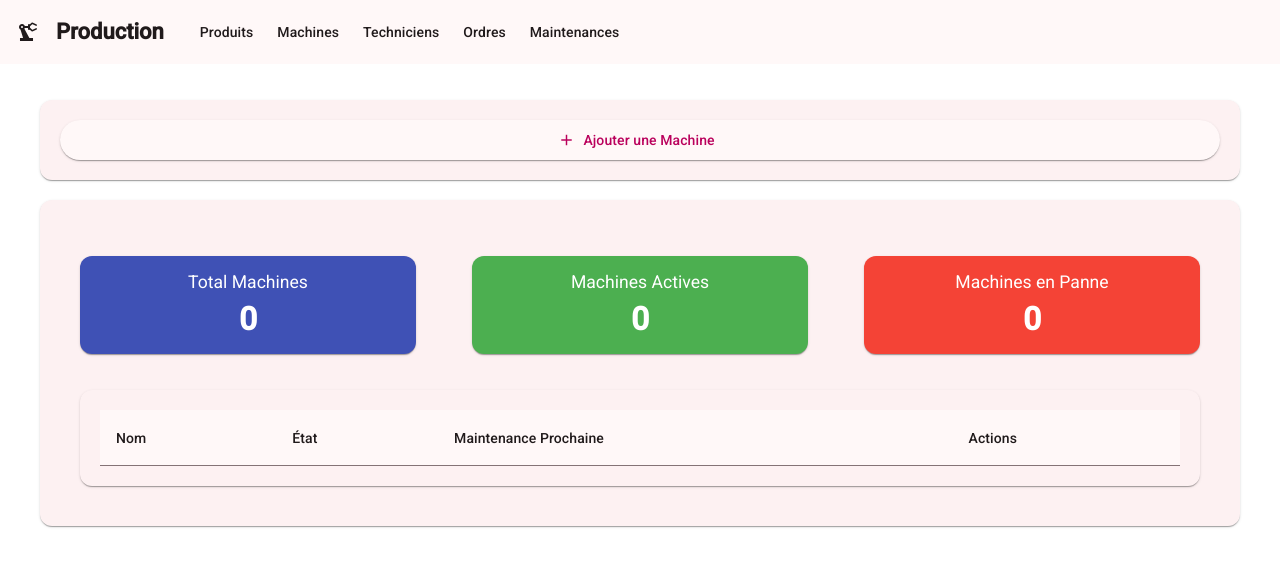
Repository: hadilXattia/Gestion_Production
Page: /machines (app in frontend-production/)
An editor plug-in stored every save of this project. The page is shown before and after the next save, followed by the edit.
The browser window is 1280 px wide. The pictures show the whole page.
The page's requests for data from a server got no answer. The project was rebuilt for these pictures with package versions that can differ from the ones it lists, and the page was loaded fresh each time. No one was signed in, and anything a server would have sent is missing. Also part of the build but not shown: frontend-production/angular.json, frontend-production/src/app/components/produit/produit.component.ts, frontend-production/src/app/services/produit.service.ts, frontend-production/src/app/components/produit/ajouter-produit-dialog.component.ts, frontend-production/src/app/components/produit/produit-detail-dialog.component.ts, frontend-production/src/app/components/machine/ajouter-machine-dialog.component.ts, frontend-production/src/app/components/machine/machine-detail-dialog.component.ts, frontend-production/src/app/components/technicien/technicien.component.ts and 11 more.

Above is the page before, as saved 2025-05-11 18:46:46.

### frontend-production/src/index.html
<!doctype html>
<html lang="en">
<head>
  <meta charset="utf-8">
  <title>FrontendProduction</title>
  <base href="/">
  <meta name="viewport" content="width=device-width, initial-scale=1">
  <link rel="icon" type="image/x-icon" href="favicon.ico">
  <link href="https://fonts.googleapis.com/css2?family=Roboto:wght@300;400;500&display=swap" rel="stylesheet">
  <link href="https://fonts.googleapis.com/icon?family=Material+Icons" rel="stylesheet">
</head>
<body class="mat-typography">
  <app-root></app-root>
</body>
</html>

### frontend-production/src/main.ts
import { bootstrapApplication } from '@angular/platform-browser';
import { AppComponent } from './app/app.component';
import { provideHttpClient } from '@angular/common/http';
import { importProvidersFrom } from '@angular/core';
import { FormsModule } from '@angular/forms';
import { provideRouter } from '@angular/router';
import { routes } from './app/app.routes';

bootstrapApplication(AppComponent, {
  providers: [
    provideHttpClient(),
    importProvidersFrom(FormsModule),
    provideRouter(routes)
  ]
});

### frontend-production/src/app/app.component.ts
import { Component } from '@angular/core';
import { RouterOutlet } from '@angular/router';
import { NavbarComponent } from './components/navbar/navbar.component';

@Component({
  selector: 'app-root',
  standalone: true,
  imports: [NavbarComponent, RouterOutlet],
  template: `
    <app-navbar></app-navbar>
    <div style="padding: 20px">
      <router-outlet></router-outlet>
    </div>
  `
})
export class AppComponent {}

### frontend-production/src/app/app.routes.ts
import { Routes } from '@angular/router';
import { ProduitComponent } from './components/produit/produit.component';
import { MachineComponent } from './components/machine/machine.component';
import { TechnicienComponent } from './components/technicien/technicien.component';
import { OrdreFabricationComponent } from './components/ordre-fabrication/ordre-fabrication.component';
import { MaintenanceComponent } from './components/maintenance/maintenance.component';

export const routes: Routes = [
  { path: 'produits', component: ProduitComponent },
  { path: 'machines', component: MachineComponent },
  { path: 'techniciens', component: TechnicienComponent },
  { path: 'ordres', component: OrdreFabricationComponent },
  { path: 'maintenances', component: MaintenanceComponent },
  { path: '', redirectTo: 'produits', pathMatch: 'full' },
  { path: '**', redirectTo: 'produits' }
];

### frontend-production/src/app/components/navbar/navbar.component.ts
import { Component } from '@angular/core';
import { RouterModule } from '@angular/router';
import { CommonModule } from '@angular/common';
import { MatToolbarModule } from '@angular/material/toolbar';
import { MatButtonModule } from '@angular/material/button';
import { MatIconModule } from '@angular/material/icon';

@Component({
  selector: 'app-navbar',
  standalone: true,
  imports: [CommonModule, RouterModule, MatToolbarModule, MatButtonModule, MatIconModule],
  template: `
    <mat-toolbar color="primary">
      <mat-icon style="margin-right: 16px;">precision_manufacturing</mat-icon>
      <span style="margin-right: 24px; font-weight: bold;">Production</span>

      <button mat-button routerLink="/produits">Produits</button>
      <button mat-button routerLink="/machines">Machines</button>
      <button mat-button routerLink="/techniciens">Techniciens</button>
      <button mat-button routerLink="/ordres">Ordres</button>
      <button mat-button routerLink="/maintenances">Maintenances</button>
    </mat-toolbar>
  `
})
export class NavbarComponent {}

### frontend-production/src/app/components/machine/machine.component.ts
import { Component, OnInit } from '@angular/core';
import { MachineService } from '../../services/machine.service';
import { MatDialog } from '@angular/material/dialog';
import { AjouterMachineDialogComponent } from './ajouter-machine-dialog.component';

import { CommonModule } from '@angular/common';
import { FormsModule } from '@angular/forms';
import { MatTableModule } from '@angular/material/table';
import { MatButtonModule } from '@angular/material/button';
import { MatFormFieldModule } from '@angular/material/form-field';
import { MatInputModule } from '@angular/material/input';
import { MatCardModule } from '@angular/material/card';
import { MatIconModule } from '@angular/material/icon';
import { MatDialogModule } from '@angular/material/dialog';
import { NgFor } from '@angular/common';
import { MachineDetailDialogComponent } from './machine-detail-dialog.component';

@Component({
  selector: 'app-machine',
  standalone: true,
  imports: [
    CommonModule,
    FormsModule,
    NgFor,
    MatTableModule,
    MatButtonModule,
    MatFormFieldModule,
    MatInputModule,
    MatCardModule,
    MatIconModule,
    MatDialogModule,

  ],
  templateUrl: './machine.component.html',
  styleUrl: './machine.component.css'
})
export class MachineComponent implements OnInit {
  machines: any[] = [];

  constructor(
    private machineService: MachineService,
    private dialog: MatDialog
  ) {}

  ngOnInit() {
    this.loadMachines();
  }

  loadMachines() {
    this.machineService.getMachines().subscribe(data => {
      this.machines = data;
    });
  }

  get totalMachines(): number {
    return this.machines.length;
  }

  get machinesEnPanne(): number {
    return this.machines.filter(m => m.etat.toLowerCase() === 'en panne').length;
  }

  get machinesActives(): number {
    return this.machines.filter(m => m.etat.toLowerCase() === 'active').length;
  }

  openAjouterMachineDialog() {
    const dialogRef = this.dialog.open(AjouterMachineDialogComponent, {
      width: '400px'
    });

    dialogRef.afterClosed().subscribe(result => {
      if (result) {
        this.machineService.createMachine(result).subscribe(() => {
          this.loadMachines();
        });
      }
    });
  }

  openMachineDetailDialog(machine: any) {
    this.dialog.open(MachineDetailDialogComponent, {
      width: '400px',
      data: machine
    });
  }

  deleteMachine(id: number) {
    this.machineService.deleteMachine(id).subscribe(() => {
      this.loadMachines();
    });
  }
}

### frontend-production/src/app/components/machine/machine.component.html
<!-- Add Machine Button -->
<mat-card class="mt-4">
  <button mat-raised-button color="primary" (click)="openAjouterMachineDialog()">
    <mat-icon>add</mat-icon> Ajouter une Machine
  </button>
</mat-card>
<mat-card class="mt-4">
<div class="stat-container mt-4">
  <mat-card class="stat-card total">
    <div class="stat-title">Total Machines</div>
    <div class="stat-value">{{ totalMachines }}</div>
  </mat-card>

  <mat-card class="stat-card active">
    <div class="stat-title">Machines Actives</div>
    <div class="stat-value">{{ machinesActives }}</div>
  </mat-card>

  <mat-card class="stat-card panne">
    <div class="stat-title">Machines en Panne</div>
    <div class="stat-value">{{ machinesEnPanne }}</div>
  </mat-card>
</div>

<!-- OPTIONAL: Chart (pie) -->

<!-- Machine Table -->
<mat-card class="mt-4">
  <table mat-table [dataSource]="machines" class="mat-elevation-z8" style="width: 100%;">

    <!-- Nom Column -->
    <ng-container matColumnDef="nom">
      <th mat-header-cell *matHeaderCellDef> Nom </th>
      <td mat-cell *matCellDef="let machine"> {{ machine.nom }} </td>
    </ng-container>

    <!-- État Column -->
    <ng-container matColumnDef="etat">
      <th mat-header-cell *matHeaderCellDef> État </th>
      <td mat-cell *matCellDef="let machine"> {{ machine.etat }} </td>
    </ng-container>

<!-- Maintenance Column -->
<ng-container matColumnDef="maintenanceProchaine">
  <th mat-header-cell *matHeaderCellDef> Maintenance Prochaine </th>
<td mat-cell *matCellDef="let machine">
  {{ machine.maintenanceProchaine ? (machine.maintenanceProchaine | date:'yyyy-MM-dd') : 'Non planifiée' }}
</td></ng-container>

    <!-- Actions Column -->
    <ng-container matColumnDef="actions">
      <th mat-header-cell *matHeaderCellDef> Actions </th>
      <td mat-cell *matCellDef="let machine">
        <button mat-icon-button color="accent" (click)="openMachineDetailDialog(machine)">
          <mat-icon>info</mat-icon>
        </button>
        <button mat-icon-button color="warn" (click)="deleteMachine(machine.id)">
          <mat-icon>delete</mat-icon>
        </button>
      </td>
    </ng-container>

    <tr mat-header-row *matHeaderRowDef="['nom', 'etat', 'maintenanceProchaine', 'actions']"></tr>
    <tr mat-row *matRowDef="let row; columns: ['nom', 'etat', 'maintenanceProchaine', 'actions'];"></tr>

  </table>
</mat-card>

### frontend-production/src/app/components/machine/machine.component.css
.full-width {
  width: 100%;
}

.form-container {
  display: flex;
  flex-direction: column;
  gap: 15px;
}

mat-card {
  margin: 20px;
  padding: 20px;
}
.mt-4 {
  margin-top: 1rem;
}
.stat-container {
  display: flex;
  gap: 1rem;
  justify-content: space-between;
  flex-wrap: wrap;
}

.stat-card {
  flex: 1;
  min-width: 200px;
  text-align: center;
  padding: 1rem;
  border-radius: 12px;
  color: white;
}

.stat-card.total {
  background-color: #3f51b5;
}
.stat-card.active {
  background-color: #4caf50;
}
.stat-card.panne {
  background-color: #f44336;
}

.stat-title {
  font-size: 1.1rem;
  margin-bottom: 0.5rem;
}

.stat-value {
  font-size: 2rem;
  font-weight: bold;
}

### frontend-production/src/app/services/machine.service.ts
import { Injectable } from '@angular/core';
import { HttpClient } from '@angular/common/http';
import { Observable } from 'rxjs';

export interface Machine {
  id?: number;
  nom: string;
  etat: string;
  maintenanceProchaine: string; // ISO date string
}

@Injectable({
  providedIn: 'root'
})
export class MachineService {
  private apiUrl = 'http://localhost:8080/api/machines';

  constructor(private http: HttpClient) {}

  getMachines(): Observable<Machine[]> {
    return this.http.get<Machine[]>(this.apiUrl);
  }

  createMachine(machine: Machine): Observable<Machine> {
    return this.http.post<Machine>(this.apiUrl, machine);
  }

  updateMachine(id: number, machine: Machine): Observable<Machine> {
    return this.http.put<Machine>(`${this.apiUrl}/${id}`, machine);
  }

  deleteMachine(id: number): Observable<void> {
    return this.http.delete<void>(`${this.apiUrl}/${id}`);
  }
}

Loaded but not shown: frontend-production/src/styles.css (common file)

After the next save:
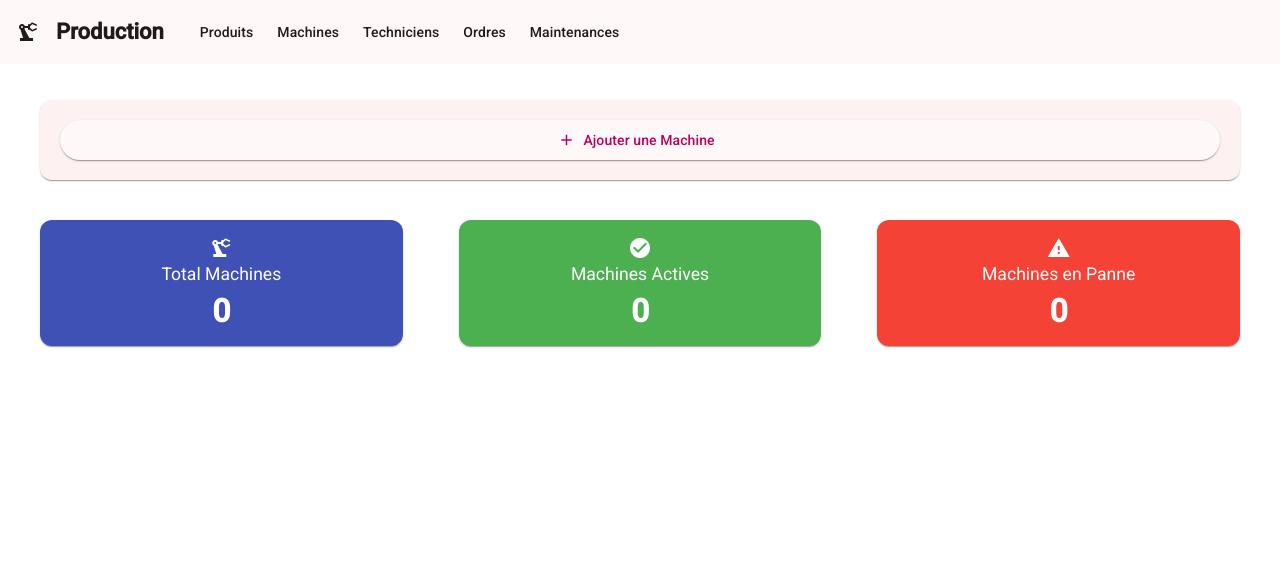
Saved 6 min 32 s later.
--- a/frontend-production/src/app/components/machine/machine.component.html
+++ b/frontend-production/src/app/components/machine/machine.component.html
@@ -4,64 +4,24 @@
     <mat-icon>add</mat-icon> Ajouter une Machine
   </button>
 </mat-card>
-<mat-card class="mt-4">
+
+<!-- Stat Cards -->
 <div class="stat-container mt-4">
-  <mat-card class="stat-card total">
+  <mat-card class="stat-card total mat-elevation-z4">
+    <div class="stat-icon"><mat-icon>precision_manufacturing</mat-icon></div>
     <div class="stat-title">Total Machines</div>
     <div class="stat-value">{{ totalMachines }}</div>
   </mat-card>
 
-  <mat-card class="stat-card active">
+  <mat-card class="stat-card active mat-elevation-z4">
+    <div class="stat-icon"><mat-icon>check_circle</mat-icon></div>
     <div class="stat-title">Machines Actives</div>
     <div class="stat-value">{{ machinesActives }}</div>
   </mat-card>
 
-  <mat-card class="stat-card panne">
+  <mat-card class="stat-card panne mat-elevation-z4">
+    <div class="stat-icon"><mat-icon>warning</mat-icon></div>
     <div class="stat-title">Machines en Panne</div>
     <div class="stat-value">{{ machinesEnPanne }}</div>
   </mat-card>
 </div>
-
-<!-- OPTIONAL: Chart (pie) -->
-
-<!-- Machine Table -->
-<mat-card class="mt-4">
-  <table mat-table [dataSource]="machines" class="mat-elevation-z8" style="width: 100%;">
-
-    <!-- Nom Column -->
-    <ng-container matColumnDef="nom">
-      <th mat-header-cell *matHeaderCellDef> Nom </th>
-      <td mat-cell *matCellDef="let machine"> {{ machine.nom }} </td>
-    </ng-container>
-
-    <!-- État Column -->
-    <ng-container matColumnDef="etat">
-      <th mat-header-cell *matHeaderCellDef> État </th>
-      <td mat-cell *matCellDef="let machine"> {{ machine.etat }} </td>
-    </ng-container>
-
-<!-- Maintenance Column -->
-<ng-container matColumnDef="maintenanceProchaine">
-  <th mat-header-cell *matHeaderCellDef> Maintenance Prochaine </th>
-<td mat-cell *matCellDef="let machine">
-  {{ machine.maintenanceProchaine ? (machine.maintenanceProchaine | date:'yyyy-MM-dd') : 'Non planifiée' }}
-</td></ng-container>
-
-    <!-- Actions Column -->
-    <ng-container matColumnDef="actions">
-      <th mat-header-cell *matHeaderCellDef> Actions </th>
-      <td mat-cell *matCellDef="let machine">
-        <button mat-icon-button color="accent" (click)="openMachineDetailDialog(machine)">
-          <mat-icon>info</mat-icon>
-        </button>
-        <button mat-icon-button color="warn" (click)="deleteMachine(machine.id)">
-          <mat-icon>delete</mat-icon>
-        </button>
-      </td>
-    </ng-container>
-
-    <tr mat-header-row *matHeaderRowDef="['nom', 'etat', 'maintenanceProchaine', 'actions']"></tr>
-    <tr mat-row *matRowDef="let row; columns: ['nom', 'etat', 'maintenanceProchaine', 'actions'];"></tr>
-
-  </table>
-</mat-card>

After the save that followed:
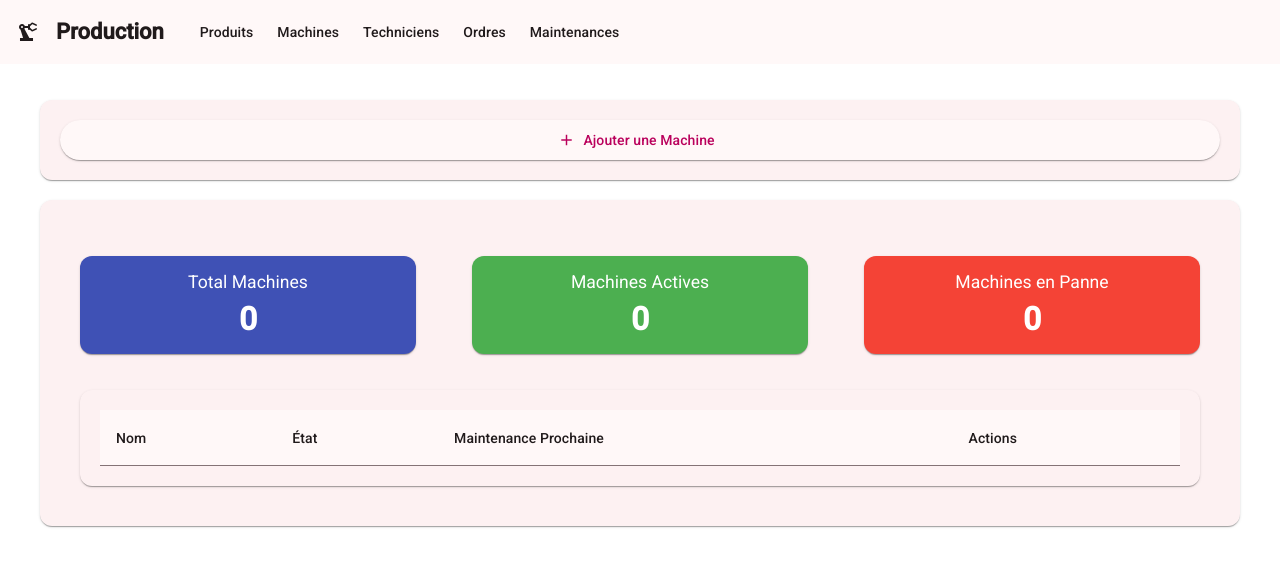
Saved 13 s later.
--- a/frontend-production/src/app/components/machine/machine.component.html
+++ b/frontend-production/src/app/components/machine/machine.component.html
@@ -4,24 +4,64 @@
     <mat-icon>add</mat-icon> Ajouter une Machine
   </button>
 </mat-card>
-
-<!-- Stat Cards -->
+<mat-card class="mt-4">
 <div class="stat-container mt-4">
-  <mat-card class="stat-card total mat-elevation-z4">
-    <div class="stat-icon"><mat-icon>precision_manufacturing</mat-icon></div>
+  <mat-card class="stat-card total">
     <div class="stat-title">Total Machines</div>
     <div class="stat-value">{{ totalMachines }}</div>
   </mat-card>
 
-  <mat-card class="stat-card active mat-elevation-z4">
-    <div class="stat-icon"><mat-icon>check_circle</mat-icon></div>
+  <mat-card class="stat-card active">
     <div class="stat-title">Machines Actives</div>
     <div class="stat-value">{{ machinesActives }}</div>
   </mat-card>
 
-  <mat-card class="stat-card panne mat-elevation-z4">
-    <div class="stat-icon"><mat-icon>warning</mat-icon></div>
+  <mat-card class="stat-card panne">
     <div class="stat-title">Machines en Panne</div>
     <div class="stat-value">{{ machinesEnPanne }}</div>
   </mat-card>
 </div>
+
+<!-- OPTIONAL: Chart (pie) -->
+
+<!-- Machine Table -->
+<mat-card class="mt-4">
+  <table mat-table [dataSource]="machines" class="mat-elevation-z8" style="width: 100%;">
+
+    <!-- Nom Column -->
+    <ng-container matColumnDef="nom">
+      <th mat-header-cell *matHeaderCellDef> Nom </th>
+      <td mat-cell *matCellDef="let machine"> {{ machine.nom }} </td>
+    </ng-container>
+
+    <!-- État Column -->
+    <ng-container matColumnDef="etat">
+      <th mat-header-cell *matHeaderCellDef> État </th>
+      <td mat-cell *matCellDef="let machine"> {{ machine.etat }} </td>
+    </ng-container>
+
+<!-- Maintenance Column -->
+<ng-container matColumnDef="maintenanceProchaine">
+  <th mat-header-cell *matHeaderCellDef> Maintenance Prochaine </th>
+<td mat-cell *matCellDef="let machine">
+  {{ machine.maintenanceProchaine ? (machine.maintenanceProchaine | date:'yyyy-MM-dd') : 'Non planifiée' }}
+</td></ng-container>
+
+    <!-- Actions Column -->
+    <ng-container matColumnDef="actions">
+      <th mat-header-cell *matHeaderCellDef> Actions </th>
+      <td mat-cell *matCellDef="let machine">
+        <button mat-icon-button color="accent" (click)="openMachineDetailDialog(machine)">
+          <mat-icon>info</mat-icon>
+        </button>
+        <button mat-icon-button color="warn" (click)="deleteMachine(machine.id)">
+          <mat-icon>delete</mat-icon>
+        </button>
+      </td>
+    </ng-container>
+
+    <tr mat-header-row *matHeaderRowDef="['nom', 'etat', 'maintenanceProchaine', 'actions']"></tr>
+    <tr mat-row *matRowDef="let row; columns: ['nom', 'etat', 'maintenanceProchaine', 'actions'];"></tr>
+
+  </table>
+</mat-card>
